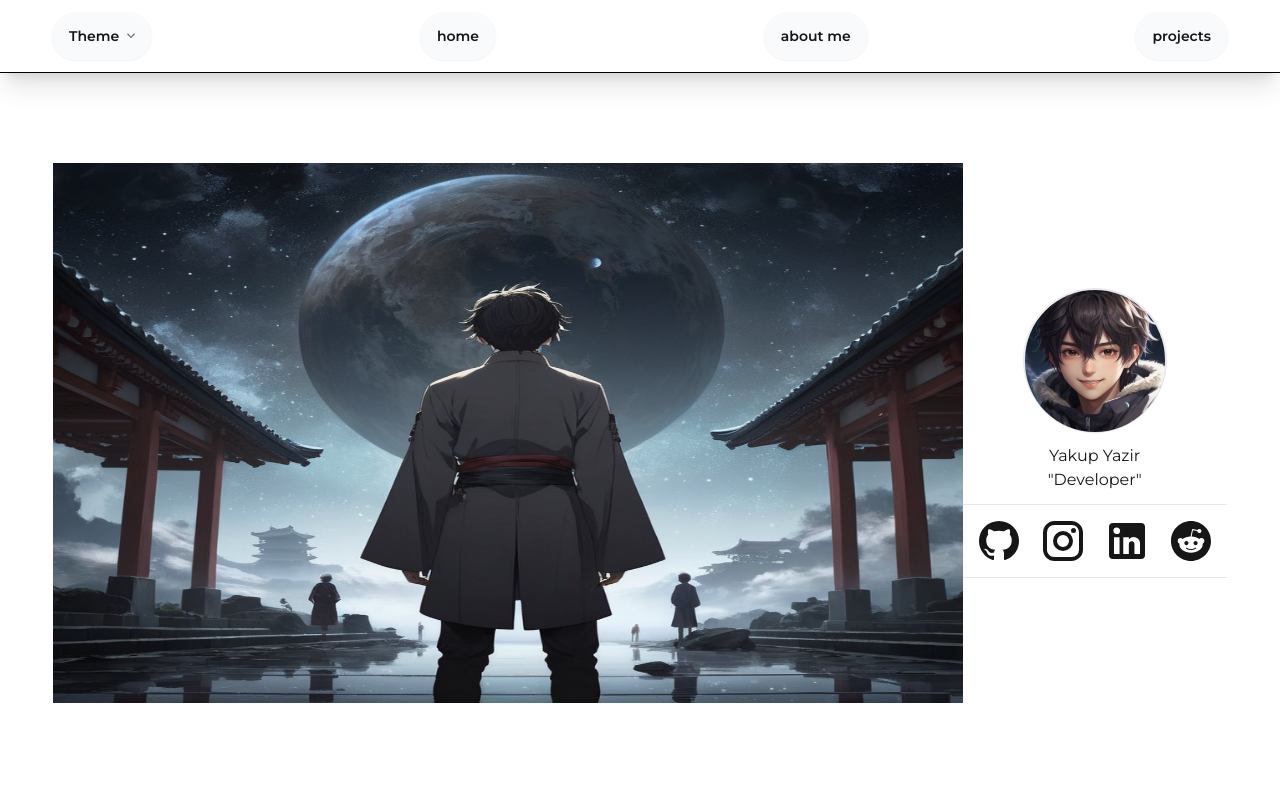
Repository: Yakyaz/myWebsite
Page: /home
An editor plug-in stored every save of this project. The page is shown before and after the next save, followed by the edit.
The browser window is 1280 px wide. The pictures show the whole page.
The project was rebuilt for these pictures with package versions that can differ from the ones it lists, and the page was loaded fresh each time. The framework's server and built-in components were replaced by stand-ins that run in the browser. Also part of the build but not shown: next.config.js.

Above is the page before, as saved 2023-12-03 14:38:13.

After the next save:
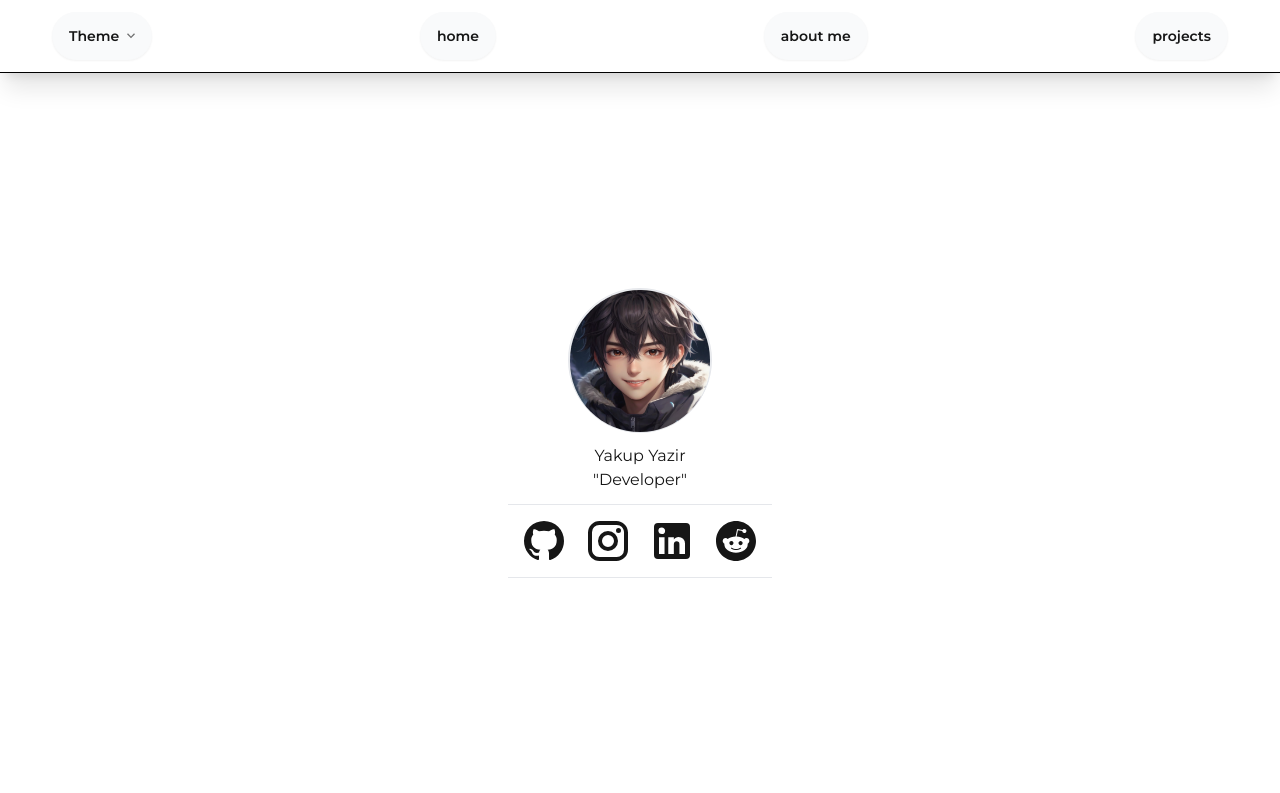
Saved 6 s later.
--- a/app/home/page.tsx
+++ b/app/home/page.tsx
@@ -15,16 +15,6 @@ function Home() {
           height: "90%",
         }}
       >
-        <div className="flex h-5/6 w-11/12 overflow-hidden z-[-1]">
-          <Image
-            alt="Background"
-            src={background}
-            placeholder="blur"
-            quality={100}
-            sizes="100%"
-          />
-        </div>
-
         <div className="flex flex-col justify-center items-center">
           <div className="border rounded-full mb-3 h-36 w-36 text-center">
             <Image
